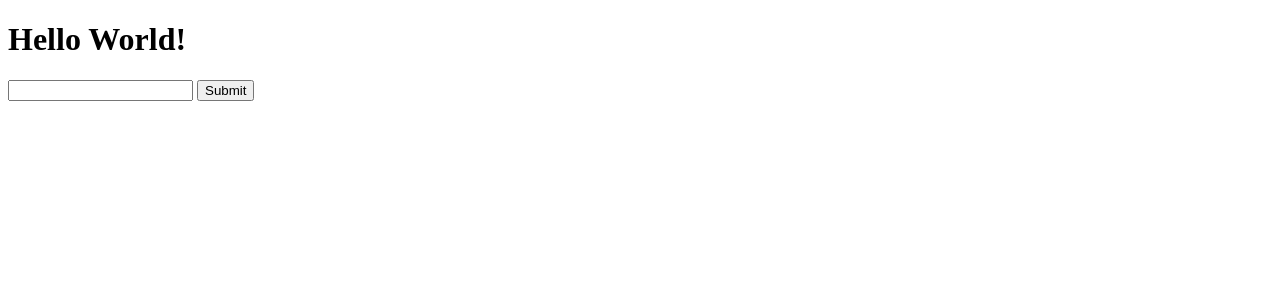
Repository: Ceachi/Securitatea-bazelor-de-date-Curs
Page: http://localhost/SQLInjectionReferat/
An editor plug-in stored every save of this project. The page is shown before and after the next save, followed by the edit.
The browser window is 1280 px wide. The pictures show the whole page.
The page is served by Tomcat 9. Nobody is signed in. The application's start-up code is not run. Other server files are loaded and not shown.

Above is the page before, as saved 2019-01-03 10:00:51.

### Proiect_eu_SQL_Injection/SQL-Injection-Referat-master/SQLInjectionReferat/src/main/webapp/index.jsp

<%@page contentType="text/html" pageEncoding="UTF-8"%>
<!DOCTYPE html>
<html>
    <head>
        <meta http-equiv="Content-Type" content="text/html; charset=UTF-8">
        <title>JSP Page</title>
    </head>
    <body>
        <h1>Hello World!</h1>

        <form action="userCheck">
            <input type="text" name="user" value=""/>
            <input type="submit" value="Submit"/>
        </form>
    </body>
</html>

After the next save:
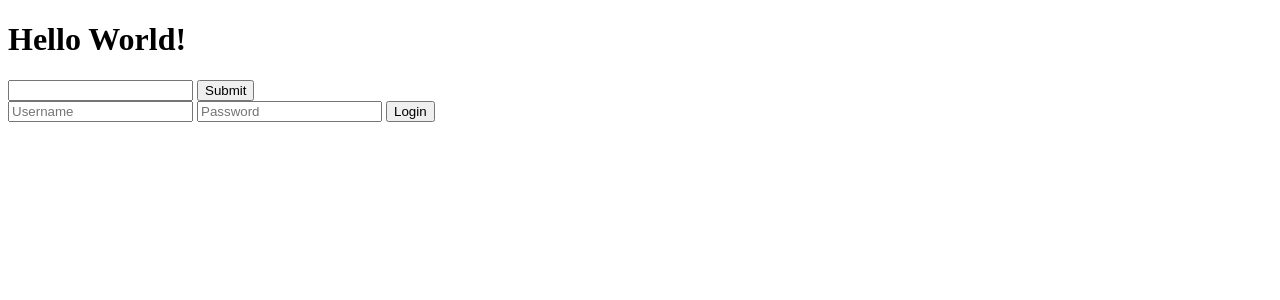
Saved 2 min 30 s later.
--- a/Proiect_eu_SQL_Injection/SQL-Injection-Referat-master/SQLInjectionReferat/src/main/webapp/index.jsp
+++ b/Proiect_eu_SQL_Injection/SQL-Injection-Referat-master/SQLInjectionReferat/src/main/webapp/index.jsp
@@ -2,16 +2,23 @@
 <%@page contentType="text/html" pageEncoding="UTF-8"%>
 <!DOCTYPE html>
 <html>
-    <head>
-        <meta http-equiv="Content-Type" content="text/html; charset=UTF-8">
-        <title>JSP Page</title>
-    </head>
-    <body>
-        <h1>Hello World!</h1>
+<head>
+<meta http-equiv="Content-Type" content="text/html; charset=UTF-8">
+<title>JSP Page</title>
+</head>
+<body>
+	<h1>Hello World!</h1>
 
-        <form action="userCheck">
-            <input type="text" name="user" value=""/>
-            <input type="submit" value="Submit"/>
-        </form>
-    </body>
+	<form action="userCheck">
+		<input type="text" name="user" value="" /> <input type="submit"
+			value="Submit" />
+	</form>
+
+
+	<form action="userCheck">
+		<input type="text" placeholder="Username" name="username">
+		<input type="text" placeholder="Password" name="psw">
+		<button type="submit">Login</button>
+	</form>
+</body>
 </html>
